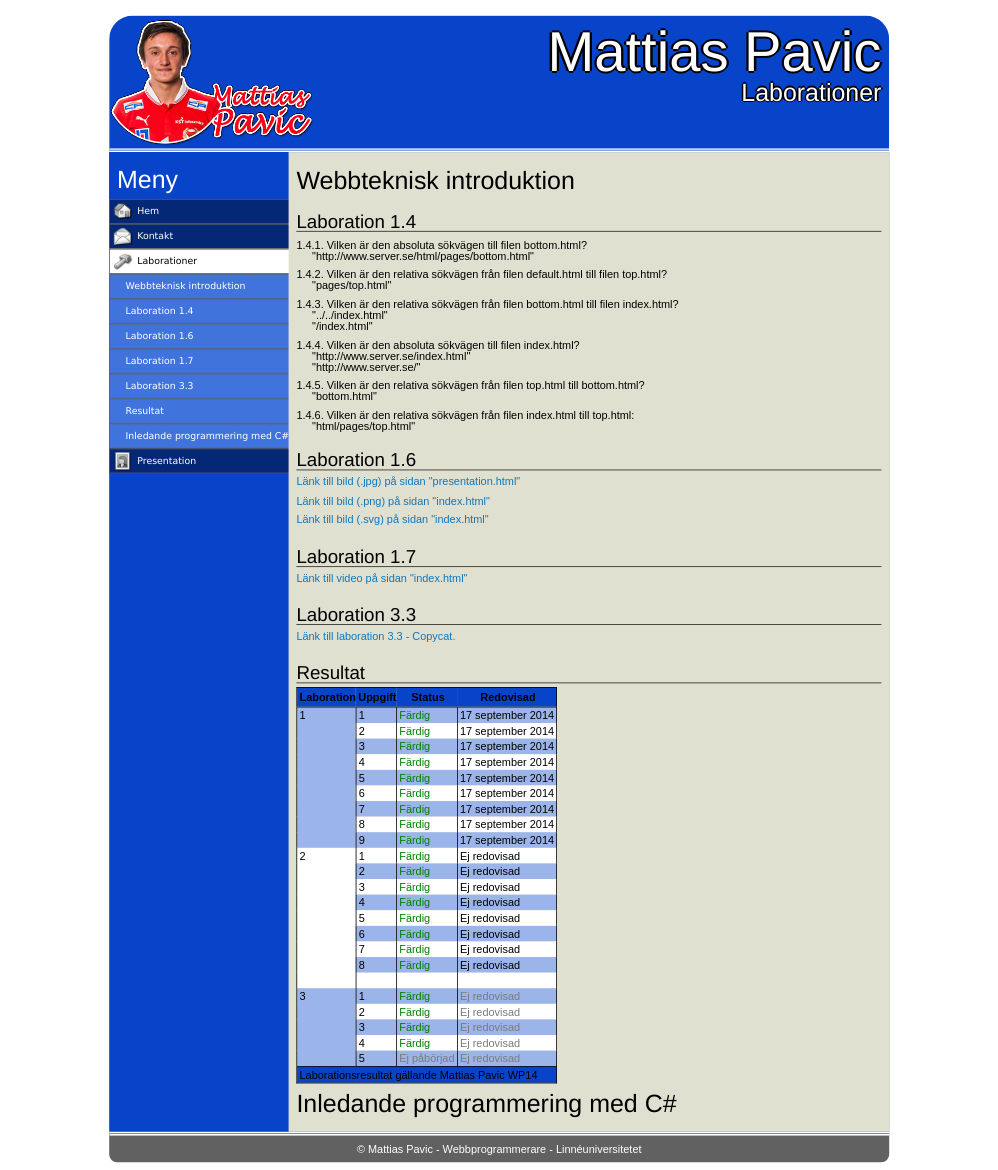
Repository: mp222sf/1ik415-laborationer
Page: pages/laborationer.html
The author's editor kept a record of every edit. The page is drawn from the files as they stood at one moment, then again after the next edit.
The browser window is 1280 px wide. The pictures show the whole page, at 78% of full size.

Above is the page before.

### pages/laborationer.html
<!doctype html>
<html lang="sv">
    <head>
        <meta charset="utf-8" />
        <title>Mattias Pavic</title>
        <link rel="stylesheet" href="../css/style.css" media="screen" />
        <link rel="stylesheet" href="../css/print.css" media="print" />
    </head>
    <body>
        <div id="cointainer">
            <div id="header">
                <h1>Mattias Pavic</h1>
                <h3>Laborationer</h3>
            </div>
            <div id="navigation_content">
            <div id="navigation">
                <h3>Meny</h3>
                <ul id="meny">
                <li><a id="meny_hem" href="../index.html">Hem</a></li>
                 <li><a id="meny_kontakt" href="kontakt.html">Kontakt</a></li>
                 <li><a class="current" id="meny_laborationer" href="laborationer.html">Laborationer</a></li>
                    <ul id="meny_lista">
                    <li><a href="#webbteknisk_introduktion">Webbteknisk introduktion</a></li>
                    <li><a href="#laboration_1.4">Laboration 1.4</a></li>
                    <li><a href="#laboration_1.6">Laboration 1.6</a></li>
                    <li><a href="#laboration_1.7">Laboration 1.7</a></li>
                    <li><a href="#laboration_3.3">Laboration 3.3</a></li>
                    <li><a href="#resultat">Resultat</a></li>
                    <li><a href="#inledande_programmering_med_csharp">Inledande programmering med C#</a></li>
                    </ul>
                 <li><a id="meny_presentation" href="presentation.html">Presentation</a></li>
                </ul>

            </div>
            <div id="content">

                <!--Här skriver vi infomationen om mina intressen.-->
                <h3 id="webbteknisk_introduktion">Webbteknisk introduktion</h3>

                <h4 id="laboration_1.4">Laboration 1.4</h4>

                <dl>
                    <dt>1.4.1. Vilken är den absoluta sökvägen till filen bottom.html? </dt>
                        <dd>"http://www.server.se/html/pages/bottom.html"</dd>
                    <dt>1.4.2. Vilken är den relativa sökvägen från filen default.html till filen top.html? </dt>
                        <dd>"pages/top.html" </dd>
                    <dt>1.4.3. Vilken är den relativa sökvägen från filen bottom.html till filen index.html? </dt>
                        <dd>"../../index.html"</dd>
                        <dd>"/index.html"</dd>
                    <dt>1.4.4. Vilken är den absoluta sökvägen till filen index.html? </dt>
                        <dd>"http://www.server.se/index.html"</dd>
                        <dd>"http://www.server.se/"</dd>
                    <dt>1.4.5. Vilken är den relativa sökvägen från filen top.html till bottom.html?</dt>
                        <dd>"bottom.html"</dd>
                    <dt>1.4.6. Vilken är den relativa sökvägen från filen index.html till top.html:</dt>
                        <dd>"html/pages/top.html"</dd>
                </dl>

                <h4 id="laboration_1.6">Laboration 1.6</h4>

                <p><a href="presentation.html#jag_presentation">Länk till bild (.jpg) på sidan "presentation.html"</a></p>
                <p><a href="../index.html#jag_logotype">Länk till bild (.png) på sidan "index.html"</a></p>
                <p><a href="../index.html#jag_svg">Länk till bild (.svg) på sidan "index.html"</a></p>


                <h4 id="laboration_1.7">Laboration 1.7</h4>

                <p><a href="../index.html#big_buck_bunny">Länk till video på sidan "index.html"</a></p>

                <h4 id="laboration_3.3">Laboration 3.3</h4>

                <p><a href="https://uppgift-3-3-c9-mp222sf.c9.io/index.html">Länk till laboration 3.3 - Copycat.</a></p>


                <h4 id="resultat">Resultat</h4>

                <table id="resultat_tabell">
                <thead>
                    <tr>
                        <th>Laboration</th>
                        <th>Uppgift</th>
                        <th>Status</th>
                        <th>Redovisad</th>
                    </tr>
                </thead>
                <tfoot>
                    <tr>
                        <td colspan="4">Laborationsresultat gällande Mattias Pavic WP14</td>
                    </tr>
                </tfoot>
                <tbody>
                    <tr>
                        <td rowspan="9">1</td>
                        <td>1</td>
                        <td><klar>Färdig</klar></td>
                        <td>17 september 2014</td>
                    </tr>
                    <tr>
                        <td>2</td>
                        <td><klar>Färdig</klar></td>
                        <td>17 september 2014</td>
                    </tr>
                    <tr>
                        <td>3</td>
                        <td><klar>Färdig</klar></td>
                        <td>17 september 2014</td>
                    </tr>
                    <tr>
                        <td>4</td>
                        <td><klar>Färdig</klar></td>
                        <td>17 september 2014</td>
                    </tr>
                    <tr>
                        <td>5</td>
                        <td><klar>Färdig</klar></td>
                        <td>17 september 2014</td>
                    </tr>
                    <tr>
                        <td>6</td>
                        <td><klar>Färdig</klar></td>
                        <td>17 september 2014</td>
                    </tr>
                    <tr>
                        <td>7</td>
                        <td><klar>Färdig</klar></td>
                        <td>17 september 2014</td>
                    </tr>
                    <tr>
                        <td>8</td>
                        <td><klar>Färdig</klar></td>
                        <td>17 september 2014</td>
                    </tr>
                    <tr>
                        <td>9</td>
                        <td><klar>Färdig</klar></td>
                        <td>17 september 2014</td>
                    </tr>

                    <tr>
                        <td rowspan="9">2</td>
                        <td>1</td>
                        <td><klar>Färdig</klar></td>
                        <td>Ej redovisad</td>
                    </tr>
                    <tr>
                        <td>2</td>
                        <td><klar>Färdig</klar></td>
                        <td>Ej redovisad</td>
                    </tr>
                    <tr>
                        <td>3</td>
                        <td><klar>Färdig</klar></td>
                        <td>Ej redovisad</td>
                    </tr>
                    <tr>
                        <td>4</td>
                        <td><klar>Färdig</klar></td>
                        <td>Ej redovisad</td>
                    </tr>
                    <tr>
                        <td>5</td>
                        <td><klar>Färdig</klar></td>
                        <td>Ej redovisad</td>
                    </tr>
                    <tr>
                        <td>6</td>
                        <td><klar>Färdig</klar></td>
                        <td>Ej redovisad</td>
                    </tr>
                    <tr>
                        <td>7</td>
                        <td><klar>Färdig</klar></td>
                        <td>Ej redovisad</td>
                    </tr>
                    <tr>
                        <td>8</td>
                        <td><klar>Färdig</klar></td>
                        <td>Ej redovisad</td>
                    </tr>
                    <tr>
                        <td></td>
                        <td><klar><br></klar></td>
                        <td></td>
                    </tr>


                    <tr>
                        <td rowspan="5">3</td>
                        <td>1</td>
                        <td><klar>Färdig</klar></td>
                        <td><ejklar>Ej redovisad</ejklar></td>
                    </tr>
                    <tr>
                        <td>2</td>
                        <td><klar>Färdig</klar></td>
                        <td><ejklar>Ej redovisad</ejklar></td>
                    </tr>
                    <tr>
                        <td>3</td>
                        <td><klar>Färdig</klar></td>
                        <td><ejklar>Ej redovisad</ejklar></td>
                    </tr>
                    <tr>
                        <td>4</td>
                        <td><klar>Färdig</klar></td>
                        <td><ejklar>Ej redovisad</ejklar></td>
                    </tr>
                    <tr>
                        <td>5</td>
                        <td><ejklar>Ej påbörjad</ejklar></td>
                        <td><ejklar>Ej redovisad</ejklar></td>
                    </tr>


                </tbody>
                </table>

                <h3 id="inledande_programmering_med_csharp">Inledande programmering med C#</h3>
                </div>
                </div>
            <div id="footer">
            © Mattias Pavic - Webbprogrammerare - Linnéuniversitetet
            </div>

        </div>

    </body>
</html>

### css/style.css
/* http://meyerweb.com/eric/tools/css/reset/
   v2.0 | 20110126
   License: none (public domain)
*/

html, body, div, span, applet, object, iframe,
h1, h2, h3, h4, h5, h6, p, blockquote, pre,
a, abbr, acronym, address, big, cite, code,
del, dfn, em, img, ins, kbd, q, s, samp,
small, strike, strong, sub, sup, tt, var,
b, u, i, center,
dl, dt, dd, ol, ul, li,
fieldset, form, label, legend,
table, caption, tbody, tfoot, thead, tr, th, td,
article, aside, canvas, details, embed,
figure, figcaption, footer, header, hgroup,
menu, nav, output, ruby, section, summary,
time, mark, audio, video {
	margin: 0;
	padding: 0;
	border: 0;
	font-size: 100%;
	font: inherit;
	vertical-align: baseline;
}
/* HTML5 display-role reset for older browsers */
article, aside, details, figcaption, figure,
footer, header, hgroup, menu, nav, section {
	display: block;
}
body {
	line-height: 1;
}
ol, ul {
	list-style: none;
}
blockquote, q {
	quotes: none;
}
blockquote:before, blockquote:after,
q:before, q:after {
	content: '';
	content: none;
}
table {
	border-collapse: collapse;
	border-spacing: 0;
}


a:link {
    color:#0E77BE;
    text-decoration: none;
}
a:visited {
    color:#0E77BE;
    text-decoration: none;

}

a:hover {
    color:#0744C9;
    text-decoration: underline;
}
a:focus {
    color:#0744C9;
    text-decoration: underline;
}
a:active {
    color:#0744C9;
    text-decoration: underline;
}



/*
        COINTAINER
                        */
#cointainer {
    background-color:white;
    color:black;
    width:1000px;
    margin: 0 auto;
    text-align:left;
    font-size: 14px;
    font-family: "Arial", "Lucida Grande", "Lucida Sans Unicode", Helvetica, sans-serif;

}





/* ------------------
        HEADER
   ------------------ */
#header {
    background-color:#0744C9;
    background-image: url('../pics/jag_logotype.png');
    background-size: contain;
    background-repeat: no-repeat;
    color:white;
    text-align:left;
    height:150px;
    padding:10px;
    margin: 20px 0px 0px 0px;
    border-radius: 30px 30px 0px 0px;

    border-bottom: 5px double white;

}
#header h1 {
    font-family: "Franklin Gothic Medium";
   font-size:72px;
   text-align: right;
   text-shadow: -3px 0 black, 0 3px black, 3px 0 black, 0 -3px black;
}
#header h3 {
    font-family: "Franklin Gothic Medium";
   font-size:32px;
   text-align: right;
   text-shadow: -2px 0 black, 0 2px black, 2px 0 black, 0 -2px black;
}


/* ------------------
    NAVIGATION-CONTENT
   ------------------ */
#navigation_content {

    background-color:#0744C9;
    width:1000px;
    height:100%;
    float:left;
}


/* ------------------
    NAVIGATION
   ------------------ */
#navigation           {
    line-height:30px;
    background-color:#0744C9;
    width:230px;
    height:100%;
    float:left;
    padding:0px;
    color:white;
}
#navigation h3 {
    font-family: "Franklin Gothic Medium";
   font-size:32px;
   margin-bottom:10px;
   margin-top:20px;
   margin-left:10px;

}
#navigation ul {
    list-style-type: square;
    margin-left:0px;
    font-size:12px;
}


#navigation li {
list-style: none;
margin: 0px 0 0px 0;

}
#navigation li a {
display: block;
width: 195px;
margin-left: 0px;
padding: 0px 0px 0px 35px;
text-align: left;
font-family: "Lucida Grande", "Lucida Sans Unicode", Helvetica, Arial, sans-serif;
font-size: 12px;
color:#042875;
border-radius: 0px;
border: 1px solid #616161;
background: #042875;


}
#meny_lista li a {
display: block;
width: 230px;
margin-left: 0px;
padding: 0px 0px 0px 20px;
text-align: left;
font-family: "Lucida Grande", "Lucida Sans Unicode", Helvetica, Arial, sans-serif;
font-size: 12px;
color:#4173DD;
border-radius: 0px;
border: 1px solid #616161;
background: #4173DD;

}

#navigation a:active {
background: white;
color:black;
}
#navigation a:focus {
background:#0744C9;
color: white;
}
#navigation li a:hover {
cursor: pointer;
background:#0744C9;
color: white;
}
#navigation a:link, #navigation a:visited {
color: white;
text-decoration: none;
}


#navigation a#meny_hem {
background-image: url('pics/sprite.png');
background-position: 5px -45px;
background-repeat: no-repeat;
}
#navigation a:hover#meny_hem {
background-image: url('pics/sprite.png');
background-position: 5px 3px;
background-repeat: no-repeat;
cursor: pointer;
}
#navigation a:focus#meny_hem {
background:#0744C9;
background-image: url('pics/sprite.png');
background-position: 5px 3px;
background-repeat: no-repeat;
cursor: pointer;
}

#navigation a#meny_kontakt {
background-image: url('pics/sprite.png');
background-position: 5px -332px;
background-repeat: no-repeat;
}
#navigation a:hover#meny_kontakt {
background-image: url('pics/sprite.png');
background-position: 5px -284px;
background-repeat: no-repeat;
cursor: pointer;
}
#navigation a:focus#meny_kontakt {
background:#0744C9;
background-image: url('pics/sprite.png');
background-position: 5px -284px;
background-repeat: no-repeat;
cursor: pointer;
}

#navigation a#meny_laborationer {
background-image: url('pics/sprite.png');
background-position: 5px -140px;
background-repeat: no-repeat;
}
#navigation a:hover#meny_laborationer {
background-image: url('pics/sprite.png');
background-position: 5px -92px;
background-repeat: no-repeat;
cursor: pointer;
}
#navigation a:focus#meny_laborationer {
background:#0744C9;
background-image: url('pics/sprite.png');
background-position: 5px -92px;
background-repeat: no-repeat;
cursor: pointer;
}

#navigation a#meny_presentation {
background-image: url('pics/sprite.png');
background-position: 5px -236px;
background-repeat: no-repeat;
}
#navigation a:hover#meny_presentation {
background-image: url('pics/sprite.png');
background-position: 5px -188px;
background-repeat: no-repeat;
cursor: pointer;
}
#navigation a:focus#meny_presentation {
background:#0744C9;
background-image: url('pics/sprite.png');
background-position: 5px -188px;
background-repeat: no-repeat;
cursor: pointer;

}

#navigation a.current {
background: white;
color: black;
}





/* ------------------
        CONTENT
   ------------------ */
#content {
    width:750px;
    height:100%;
    background-color:#E0E0D1;
    float:left;
    padding:10px;


}
#content p {

   margin-bottom:5px;
   margin-top:0px;
   line-height: 140%;
}
#content strong {
   margin-top: 20px;
   font-size:20px;
   font-family: "Franklin Gothic Medium";



}
#content dt {
   margin-top: 10px;




}
#content dd {
    margin-left: 20px;
}
#content ul.little_list {
    list-style-type: square;
    margin-left: 30px;
}
#content li {
   margin-top: 10px;
}
#content li li {
   margin-top: 0px;



}
#content h3 {
    font-family: "Franklin Gothic Medium";
   font-size:32px;
   margin-bottom:10px;
   margin-top:10px;
}
#content h4 {
    font-family: "Franklin Gothic Medium";
   font-size:24px;
   margin-bottom:5px;
   margin-top:25px;
   border-bottom: 1px solid #1E1E1E;
}
#content h4.blogg {
   background-image: url('https://1ik415-laborationer-c9-mp222sf.c9.io/pics/jag_logotype.png');
   background-size: contain;
   background-repeat: no-repeat;
   font-size:24px;
   margin-bottom:5px;
   margin-top:25px;
   padding-left:45px;
}
#content p.bloggnamn {
font-style: italic;
text-align: right;
}

#content p.form {

}

#content fieldset {
    border:1px solid #616161;
    padding: 5px;
    background-color: #9bb4e9;
    margin-bottom: 10px;
    color: white;
    font-family: "Arial";


}

#content legend {
    padding: 3px;
    margin-left: 5px;
    margin-right: 5px;
  color:white;
  font-size:90%;
  text-align:left;
  background-color: #042875;
}
#content textarea {
    font-family: "Arial";
}


#resultat_tabell thead {
   font-weight:bold;
   padding: 3px;
   margin-top: 20px
   margin-bottom: 20px;
   border: 1px solid black;
}
#resultat_tabell th {
    padding-top: 5px;
    padding-left: 3px;
   padding-bottom: 5px;
   background: #0744C9;
   text-align: center;

}
#resultat_tabell tbody td {
   padding: 3px;
   border-left: 1px solid black;
   border-right: 1px solid black;
}
#resultat_tabell tfoot td {
   padding: 3px;
   border: 1px solid black;
   background: #0744C9;
}
#resultat_tabell tr:nth-child(even) {background: #fff}
#resultat_tabell tr:nth-child(odd) {background: #9bb4e9}
#resultat_tabell klar {
    color: green;
}
#resultat_tabell ejklar {
    color: #7B7B7B;
}


/* ------------------
        MEDIA
   ------------------ */

#big_buck_bunny {
    margin-bottom:10px;
    margin-top:10px;
}


#jag_presentation {
    width: 150px;
    border-radius: 30px 30px 30px 30px;

}
#london2013 {
    width: 200px;
    padding: 10px;
}



/* ------------------
        CLASSES
   ------------------ */
.right {
    float: right;
}

.left {
    float: left;
}






/* ------------------
        FOOTER
   ------------------ */
#footer {
    background-color:#616161;
    color:white;
    clear:both;
    text-align:center;
    padding:10px;
    margin: 0px 0px 10px 0px;
    border-radius: 0px 0px 10px 10px;
    border-top: 5px double white;
}

.clear{
    clear:both;
}

### css/print.css
/* http://meyerweb.com/eric/tools/css/reset/
   v2.0 | 20110126
   License: none (public domain)
*/

html, body, div, span, applet, object, iframe,
h1, h2, h3, h4, h5, h6, p, blockquote, pre,
a, abbr, acronym, address, big, cite, code,
del, dfn, em, img, ins, kbd, q, s, samp,
small, strike, strong, sub, sup, tt, var,
b, u, i, center,
dl, dt, dd, ol, ul, li,
fieldset, form, label, legend,
table, caption, tbody, tfoot, thead, tr, th, td,
article, aside, canvas, details, embed,
figure, figcaption, footer, header, hgroup,
menu, nav, output, ruby, section, summary,
time, mark, audio, video {
	margin: 0;
	padding: 0;
	border: 0;
	font-size: 100%;
	font: inherit;
	vertical-align: baseline;
}
/* HTML5 display-role reset for older browsers */
article, aside, details, figcaption, figure,
footer, header, hgroup, menu, nav, section {
	display: block;
}
body {
	line-height: 1;
}
ol, ul {
	list-style: none;
}
blockquote, q {
	quotes: none;
}
blockquote:before, blockquote:after,
q:before, q:after {
	content: '';
	content: none;
}
table {
	border-collapse: collapse;
	border-spacing: 0;
}


a:link {
    color:#0000CC;
    text-decoration: underline;
}
a:visited {
    color:#0000CC;
    text-decoration: underline;

}

a:hover {
    color:#0000CC;
    text-decoration: underline;
}
a:focus {
    color:#0000CC;
    text-decoration: underline;
}
a:active {
    color:#0000CC;
    text-decoration: underline;
}
a:after {
    content:" (" attr(href) ") ";


}



/*
        COINTAINER
                        */
#cointainer {
    background-color:white;
    color:black;
    width:1000px;
    margin: 0 auto;
    text-align:left;
    font-size: 14pt;
    font-family: "Georgia", "Times New Roman", sans-serif;

}





/*
        HEADER
                        */
#header {
    background-color:white;
    background-image: url('../pics/jag_logotype.png');
    background-size: contain;
    background-repeat: no-repeat;
    color:black;
    text-align:left;
    height:150px;
    padding:10px;
    margin: 20px 0px 0px 0px;
    border-radius: 30px 30px 0px 0px;

    border-bottom: 5px double white;

}
#header h1 {
   font-size:72pt;
   text-align: right;
}
#header h3 {
   font-size:32pt;
   text-align: right;

}

#navigation_content {

    background-color:white;
    width:100%;
    height:100%;
    float:left;



}
/*
        NAVIGATION
                        */
#navigation           {
    display: none;
}






/*
        CONTENT
                        */
#content {
    width:100%;
    height:100%;
    background-color:white;
    float:left;
    padding:10px;

}
#content p {

   margin-bottom:5px;
   margin-top:0px;
}
#content strong {
   margin-top: 20px;
   font-size:18pt;



}
#content dt {
   margin-top: 10px;




}
#content dd {
    margin-left: 20px;
}
#content ul.little_list {
    list-style-type: square;
    margin-left: 30px;
}
#content li {
   margin-top: 10px;
}
#content li li {
   margin-top: 0px;



}
#content h3 {
   font-size:32pt;
   margin-bottom:10px;
   margin-top:10px;
}
#content h4 {
   font-size:24pt;
   margin-bottom:5px;
   margin-top:25px;
   border-bottom: 1px solid #1E1E1E;
}
#content h4.blogg {
   background-image: url('https://1ik415-laborationer-c9-mp222sf.c9.io/pics/jag_logotype.png');
   background-size: contain;
   background-repeat: no-repeat;
   font-size:24pt;
   margin-bottom:5px;
   margin-top:25px;
   padding-left:45px;
}
#content p.bloggnamn {
    font-style: italic;
    text-align: right;
}

#content fieldset {
    border:1px solid black;
    padding: 5px;
    background-color: white;
    margin-bottom: 10px;
    color: black;
    font-family: "Arial";


}

#content legend {
    padding: 3px;
    margin-left: 5px;
    margin-right: 5px;
  color:black;
  font-size:90%;
  text-align:left;
  background-color: white;
}
#content textarea {
    font-family: "Georgia";
}


#resultat_tabell thead {
   font-weight:bold;
   padding: 3px;
   margin-top: 20px
   margin-bottom: 20px;
   border: 1px solid black;
}
#resultat_tabell th {
    padding-top: 5px;
    padding-left: 3px;
   padding-bottom: 5px;
   background: white;
   text-align: center;

}
#resultat_tabell tbody td {
   padding: 3px;
   border-left: 1px solid black;
   border-right: 1px solid black;
}
#resultat_tabell tfoot td {
   padding: 3px;
   border: 1px solid black;
   background: white;
}
#resultat_tabell tr:nth-child(even) {background: #fff}
#resultat_tabell tr:nth-child(odd) {background: white}
#resultat_tabell klar {
    color: green;
}
#resultat_tabell ejklar {
    color: black;
}


/*
        MEDIA
                        */

#big_buck_bunny {
    display: none;
    margin-bottom:10px;
    margin-top:10px;
}


#jag_presentation {
    width: 150px;
    border-radius: 30px 30px 30px 30px;

}
#london2013 {
    width: 200px;
    padding: 10px;
}

.right {
    float: right;
}

.left {
    float: left;
}

#content p.form {

}




/*
        FOOTER
                        */
#footer {
    background-color:white;
    color:black;
    clear:both;
    text-align:center;
    padding:10px;
    margin: 0px 0px 10px 0px;
    border-radius: 0px 0px 10px 10px;
    border-top: 5px double white;
}

.clear{
    clear:both;
}

After the next edit:
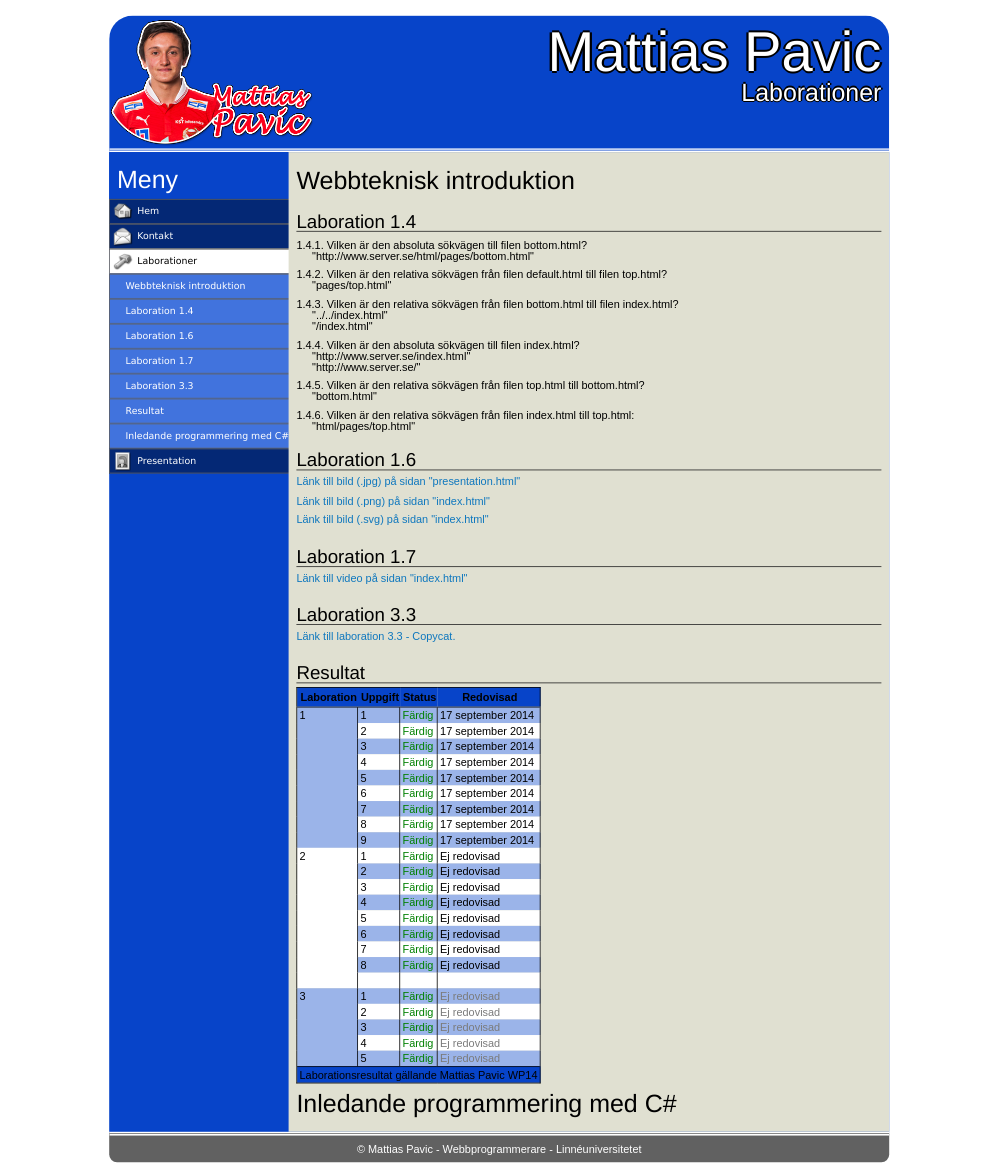
The edit:
--- a/pages/laborationer.html
+++ b/pages/laborationer.html
@@ -207,7 +207,7 @@
                     </tr>
                     <tr>
                         <td>5</td>
-                        <td><ejklar>Ej påbörjad</ejklar></td>
+                        <td><klar>Färdig</klar></td>
                         <td><ejklar>Ej redovisad</ejklar></td>
                     </tr>
 
